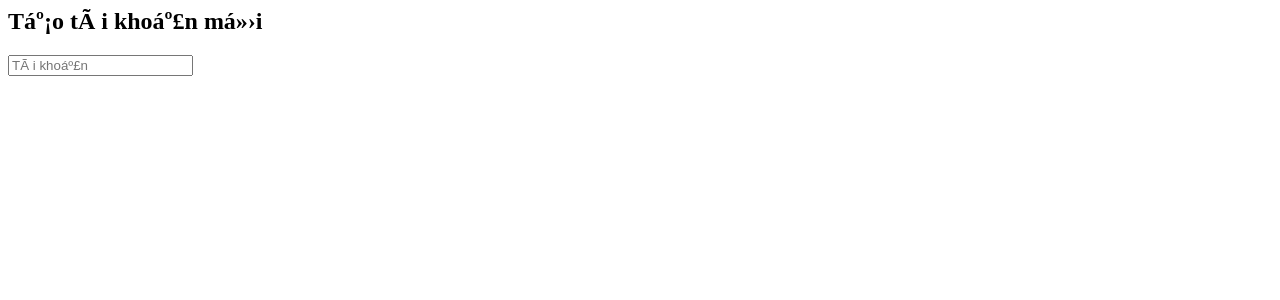
Repository: Carwyn1101/NguyenDinhHongPhuc_22133041
Page: http://localhost/LapTrinhWeb/views/login.jsp
An editor plug-in stored every save of this project. The page is shown before and after the next save, followed by the edit.
The browser window is 1280 px wide. The pictures show the whole page.
The page is served by Tomcat 10. Nobody is signed in. The application's start-up code is not run. Other server files are loaded and not shown.

Above is the page before, as saved 2024-09-07 11:54:08.

### LapTrinhWeb/src/main/webapp/views/login.jsp
<meta charset="UTF-8">

<form action=“login" method="post">
<h2>Tạo tài khoản mới</h2>
<c:if test="${alert !=null}">
<h3 class="alert alert-
danger">${alert}</h3>
</c:if>
<section>
<label class="input login-input">
<div class="input-group">
<span class="input-group-addon"><i class="fa fa-
user"></i></span>
<input type="text" placeholder="Tài khoản"
name="username"
class="form-control">
</div>
</label>
</section>

After the next save:
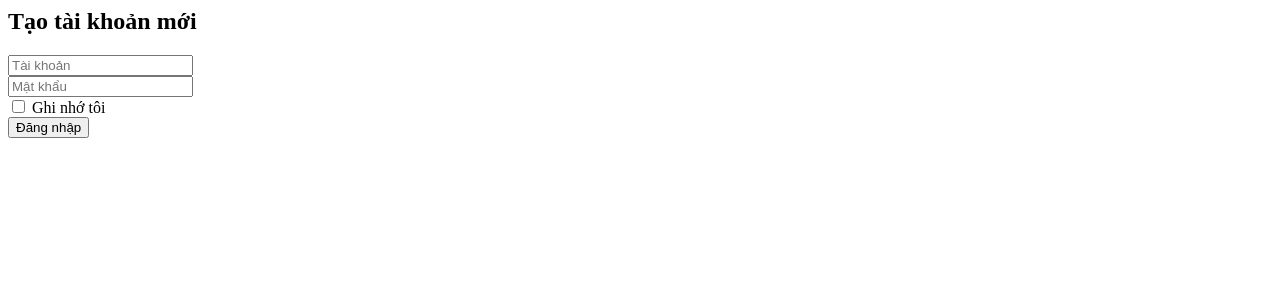
Saved 2 min 57 s later.
--- a/LapTrinhWeb/src/main/webapp/views/login.jsp
+++ b/LapTrinhWeb/src/main/webapp/views/login.jsp
@@ -1,19 +1,34 @@
-<meta charset="UTF-8">
+<form action="login" method="post">
+    <%@ page contentType="text/html; charset=UTF-8" pageEncoding="UTF-8" %>
+    <h2>Tạo tài khoản mới</h2>
+    <c:if test="${alert != null}">
+        <h3 class="alert alert-danger">${alert}</h3>
+    </c:if>
+    <section>
+        <!-- Tên tài khoản -->
+        <label class="input login-input">
+            <div class="input-group">
+                <span class="input-group-addon"><i class="fa fa-user"></i></span>
+                <input type="text" placeholder="Tài khoản" name="username" class="form-control">
+            </div>
+        </label>
 
-<form action=“login" method="post">
-<h2>Tạo tài khoản mới</h2>
-<c:if test="${alert !=null}">
-<h3 class="alert alert-
-danger">${alert}</h3>
-</c:if>
-<section>
-<label class="input login-input">
-<div class="input-group">
-<span class="input-group-addon"><i class="fa fa-
-user"></i></span>
-<input type="text" placeholder="Tài khoản"
-name="username"
-class="form-control">
-</div>
-</label>
-</section>
+        <!-- Mật khẩu -->
+        <label class="input login-input">
+            <div class="input-group">
+                <span class="input-group-addon"><i class="fa fa-lock"></i></span>
+                <input type="password" placeholder="Mật khẩu" name="password" class="form-control">
+            </div>
+        </label>
+
+        <!-- Remember me -->
+        <div class="checkbox">
+            <label>
+                <input type="checkbox" name="rememberMe"> Ghi nhớ tôi
+            </label>
+        </div>
+    </section>
+
+    <!-- Nút đăng nhập -->
+    <button type="submit" class="btn btn-primary">Đăng nhập</button>
+</form>
